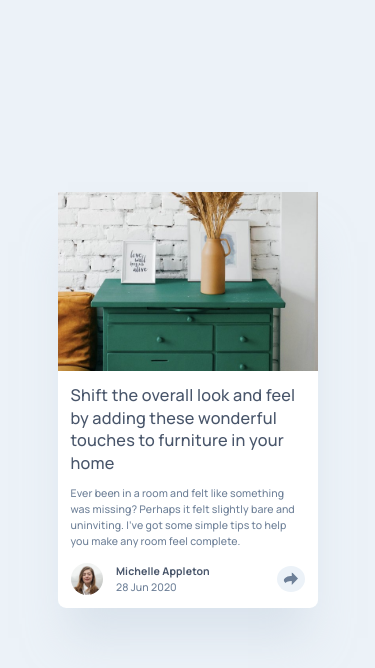
Repository: brandontaylor1/article-preview-component
Page: index.html
The author's editor kept a copy of each file at every save. The page is drawn from the files as they stood at one save, then again after the next save.
The browser window is 375 px wide. The pictures show the whole page.

Above is the page before, as saved 2025-01-13 22:35:11.

After the next save:
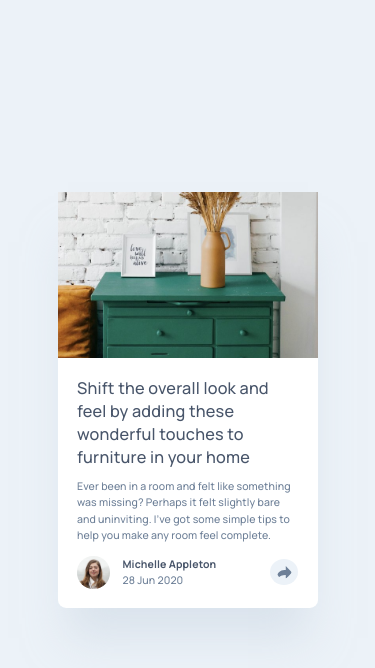
Saved 4 s later.
--- a/styles.css
+++ b/styles.css
@@ -148,7 +148,7 @@ body {
 
     .component-content {
         width: 100%;
-        padding: 1rem;
+        padding: 1.5rem;
 
     }
 }
